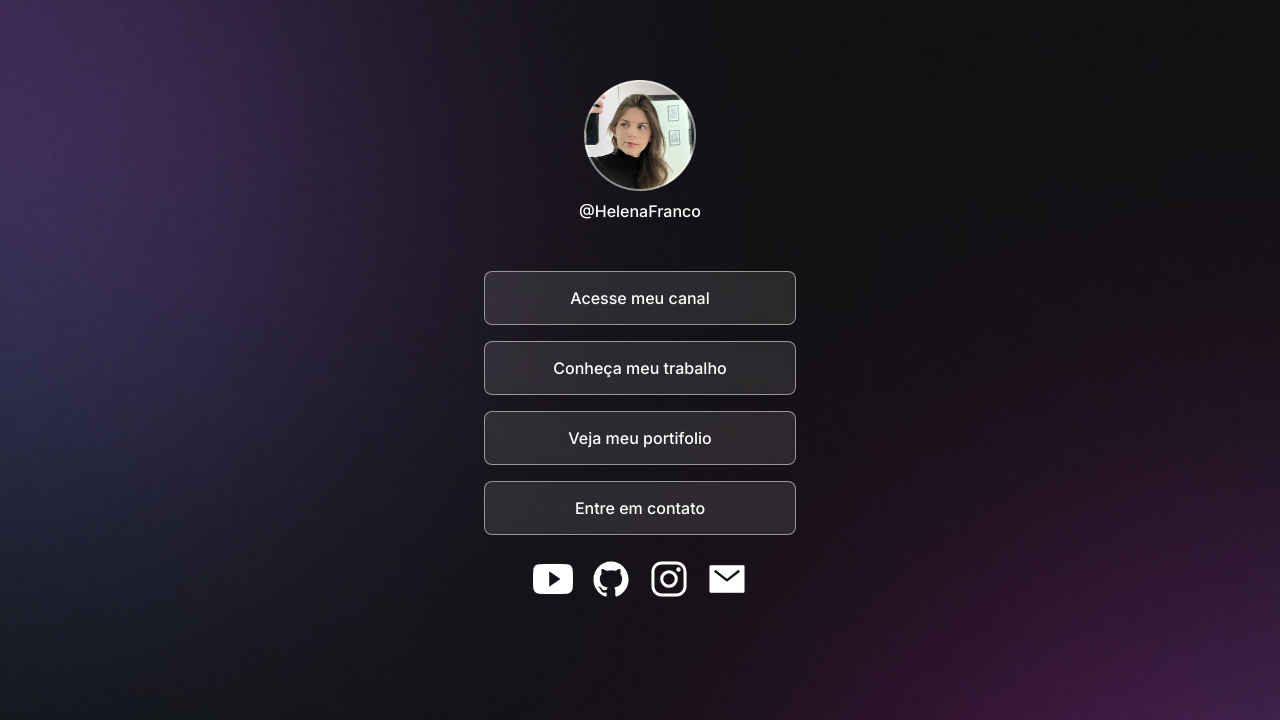
Repository: Fr4nc021/Pagina-de-links-
Page: index.html
An editor plug-in stored every save of this project. The page is shown before and after the next save, followed by the edit.
The browser window is 1280 px wide. The pictures show the whole page.

Above is the page before, as saved 2025-02-13 20:32:12.

### index.html
<!DOCTYPE html>
<html lang="pt-br">
<head>
    <link rel="preconnect" href="https://fonts.googleapis.com">
    <link rel="preconnect" href="https://fonts.gstatic.com" crossorigin>
    <link href="https://fonts.googleapis.com/css2?family=Inter:ital,opsz,wght@0,14..32,100..900;1,14..32,100..900&display=swap" rel="stylesheet">
    <meta charset="UTF-8">
    <meta name="viewport" content="width=device-width, initial-scale=1.0">
    <title>DevLinks</title>
    <link rel="stylesheet" href="style.css">
</head>
<body>
    <div id="container">
    <div id="profile">
    <img
        src="./assets/avatar.png"
        alt="Foto da Helena Franco sorrindo">
        <p>@HelenaFranco</p>
    </div>
    <div>
        <ul>
            <li>
                <a href="#" target="_blank">Acesse meu canal</a>
            </li>
            <li>
                <a href="#" target="_blank">Conheça meu trabalho</a>
            </li>
            <li>
                <a href="#" target="_blank">Veja meu portifolio</a>
            </li>
            <li>
                <a href="#" target="_blank">Entre em contato</a>
            </li>
        </ul>
    </div>
        <div id="social-links">
            <a href="https://www.youtube.com/@FR4NC021" target="_blank">
            <ion-icon name="logo-youtube"></ion-icon></a>

            <a href="https://github.com/Fr4nc021" target="_blank">
            <ion-icon name="logo-github"></ion-icon></a>

            <a href="https://www.instagram.com/h.franco__/" target="_blank">
            <ion-icon name="logo-instagram"></ion-icon></a>

            <ion-icon name="mail-sharp"></ion-icon></a>
        </div>
    </div>
    <script
    type="module"
    src="https://unpkg.com/ionicons@7.1.0/dist/ionicons/ionicons.esm.js" ></script>
<script
nomodule
src = "https://unpkg.com/ionicons@7.1.0/dist/ionicons/ionicons.js" ></script>
</body>
</html>

### style.css
* {
    margin: 0%;
    padding: 0%;
    box-sizing: border-box;
}


body {
background: url(./assets/bg-mobile.jpg) no-repeat top center/cover;
}

body * {
        font-family: "Inter", sans-serif;
        color: #ffffff;
      }

#container {
    width: 360px;
    margin: 56px auto 0px;
    padding: 0 24px;
}

#profile img {
    width: 112px;
    display: block;
    margin: auto;

}

#profile {
    text-align: center;
    padding: 24px;
}

#profile p {
    font-weight: 500;
    line-height: 24px;
    margin-top: 8px;
}

/* Links */

ul{
    list-style: none;
    display: flex;
    flex-direction: column;
    gap: 16px;

    padding: 24px 0;
}

ul li a {

        display: flex;
        align-items: center;
        justify-content: center;

        padding: 16px 24px;

        background: rgba(255, 255,255, 0.1);
        border: 1px solid rgba(255, 255, 255, 0.5);
        border-radius: 8px;

        -webkit-backdrop-filter: blur(4px);
        backdrop-filter: blur(4px);

        text-decoration: none;
        font-weight: 500;

        transition: background 0.2s;
    }

    /* pseudo-selector */

    ul li a:hover {
        background: rgba(255, 255, 255, 0.05);
        border: 1.5px solid white;
    }

    #social-links {
        display: flex;
        justify-content: center;
        gap: 18px;
        margin-top: 24px 0;
        font-size:40px;
    }

    #social-links a:hover {
        background: rgba(255, 255, 255, 0.02);
        padding: 16px;
        border-radius: 50%;
    }

After the next save:
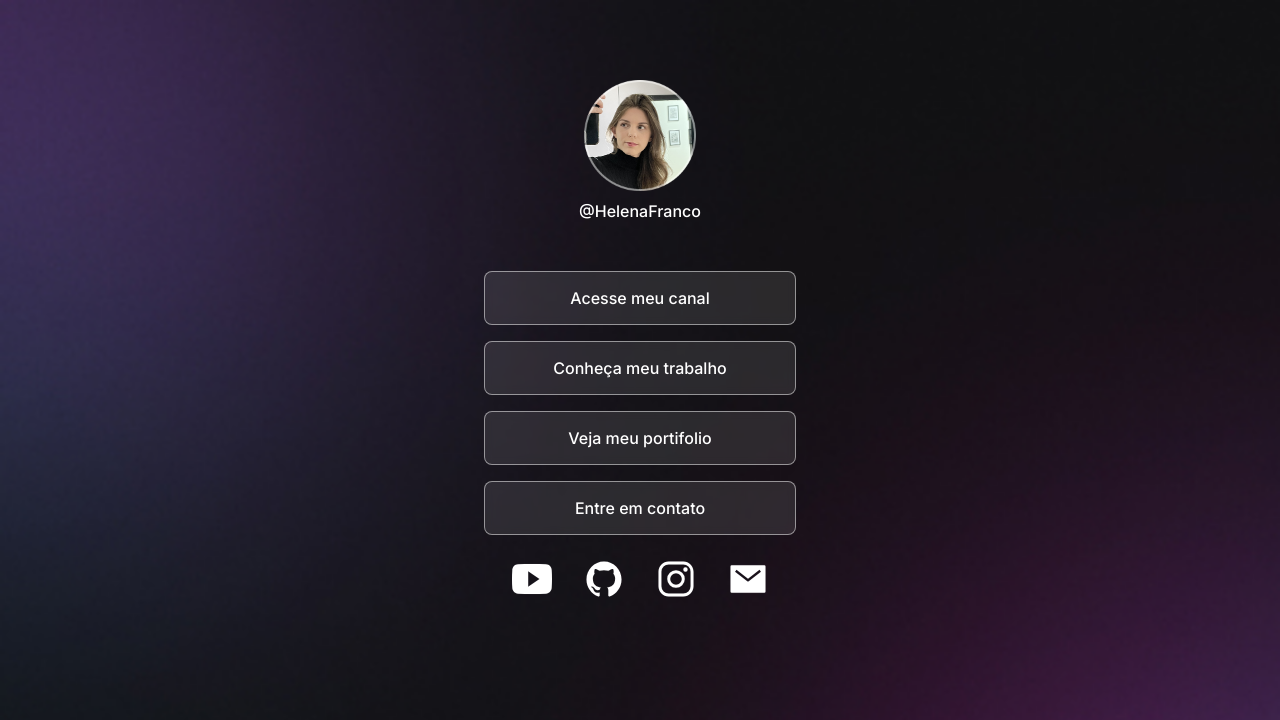
Saved 33 s later.
--- a/style.css
+++ b/style.css
@@ -80,7 +80,7 @@ ul li a {
     #social-links {
         display: flex;
         justify-content: center;
-        gap: 18px;
+        gap: 32px;
         margin-top: 24px 0;
         font-size:40px;
     }
